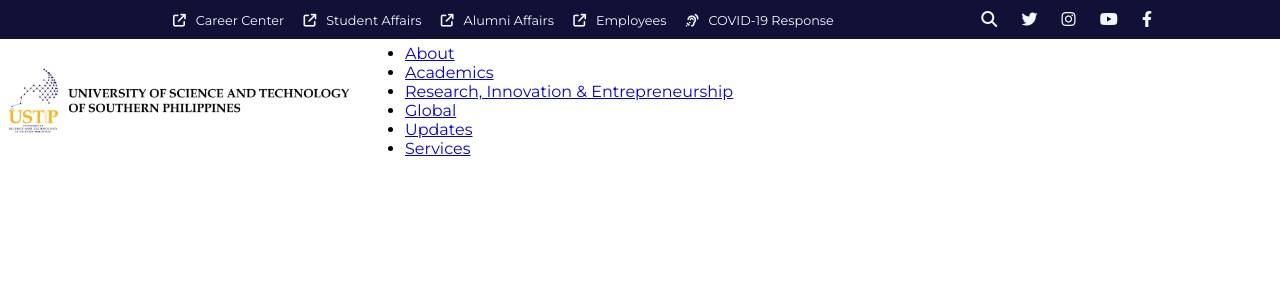
Repository: Joy5345/Colis-MidTerm_PIT
Page: index.html
These files come from the project's save history. The page is drawn as it stood at one moment and after the next save; the edit follows.
The browser window is 1280 px wide. The pictures show the whole page.

Above is the page before, as saved 2023-07-29 16:22:37.

After the next save:
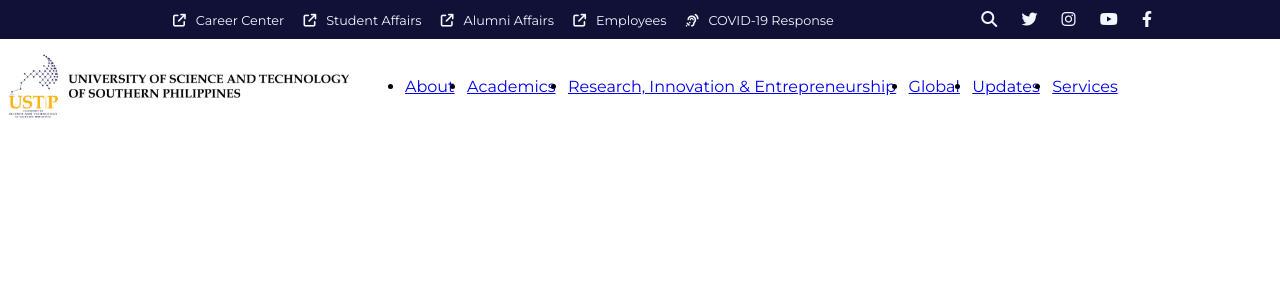
Saved 37 s later.
--- a/css/style.css
+++ b/css/style.css
@@ -73,7 +73,7 @@
     margin-right: 10px;
 }
 
-.nav-services {
+.nav-services ul {
     display: flex;
     margin-left: auto;
     align-items:end;
